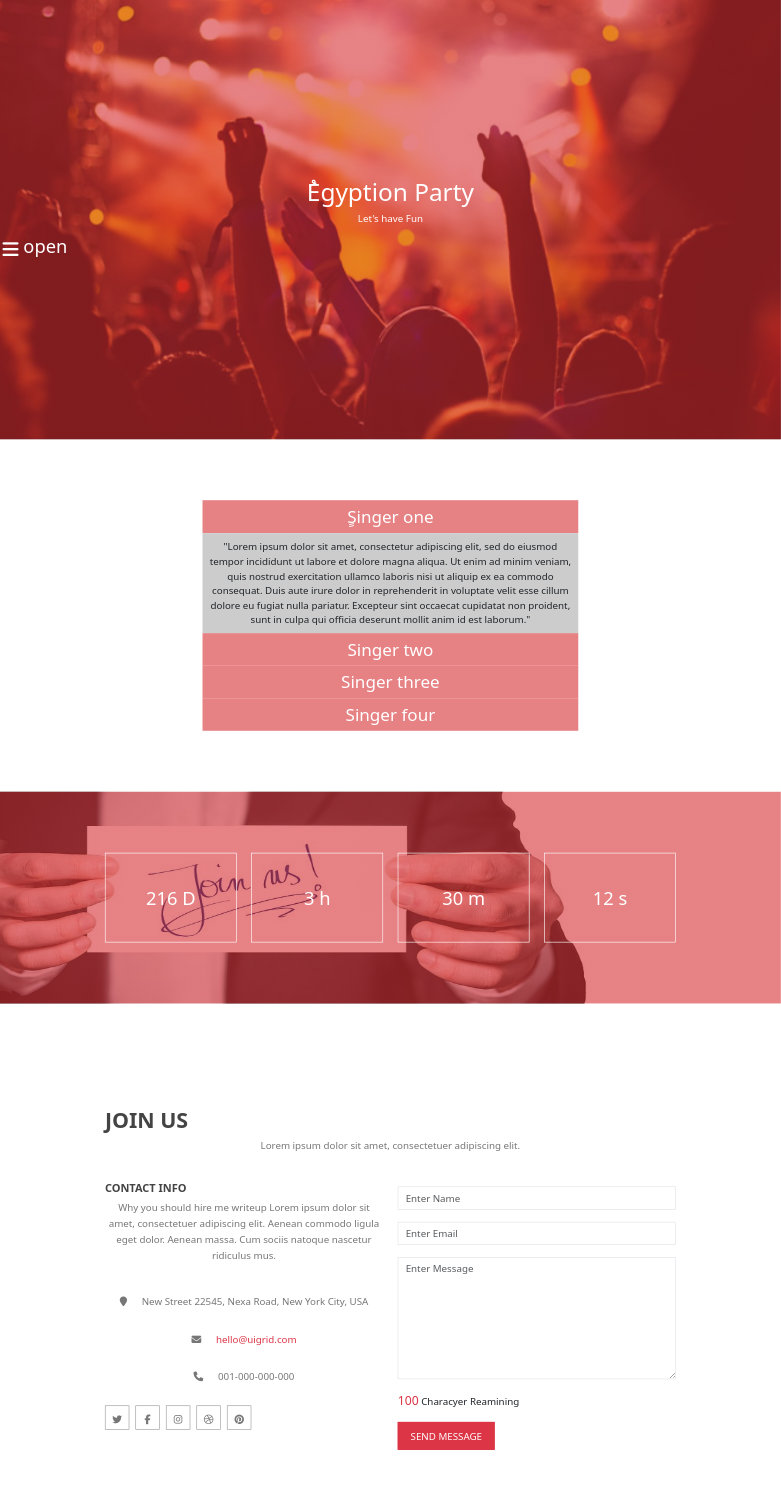
Repository: HagarYousry/jQuery
Page: index.html
The author's editor kept a copy of each file at every save. The page is drawn from the files as they stood at one save, then again after the next save.
The browser window is 1280 px wide. The pictures show the whole page, at 61% of full size.

Above is the page before, as saved 2024-07-25 21:12:14.

After the next save:
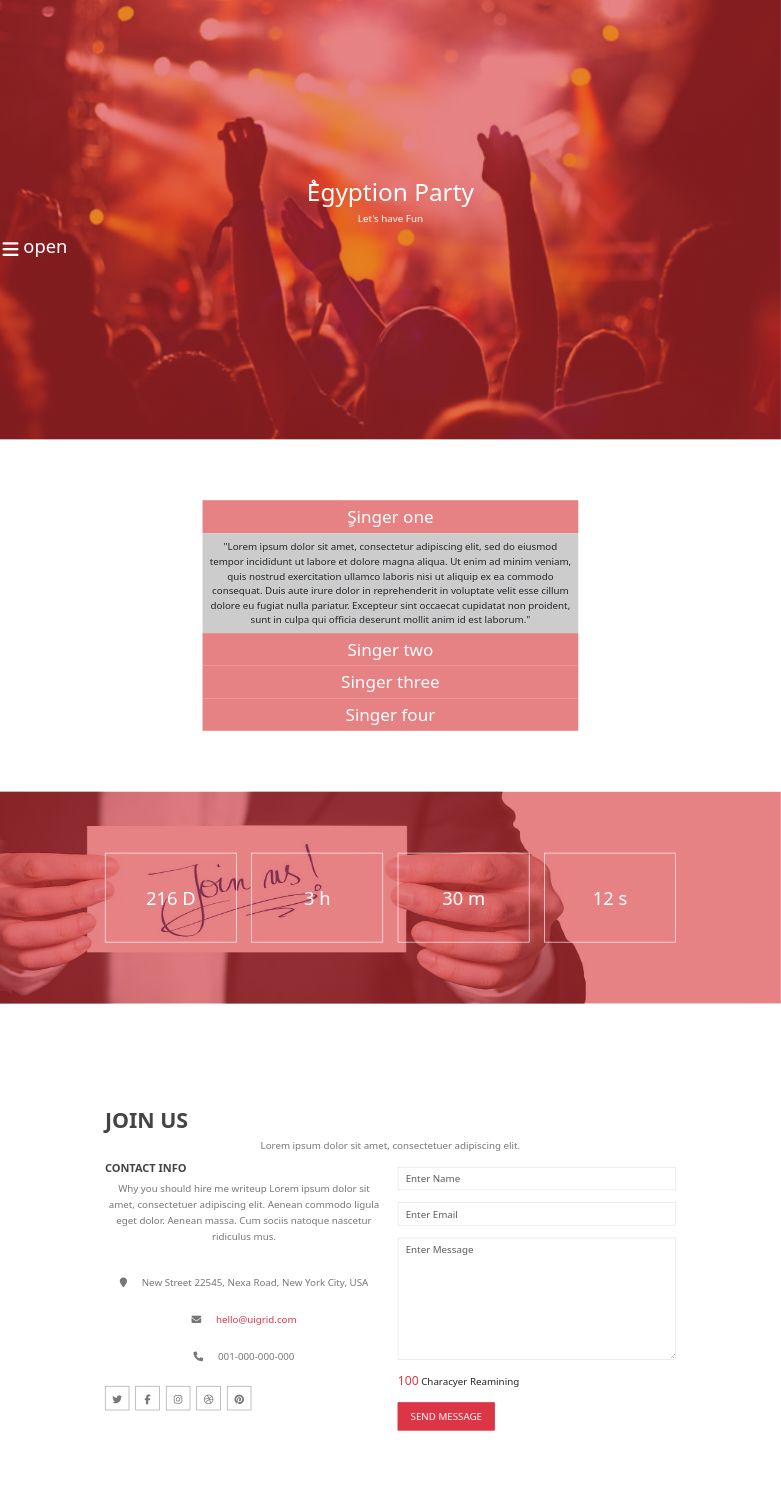
Saved 62 s later.
--- a/index.html
+++ b/index.html
@@ -152,7 +152,7 @@
                 <h2 class="text-uppercase">Join Us</h2>
                 <p class="text-center">Lorem ipsum dolor sit amet, consectetuer adipiscing elit.</p>
             </div>
-            <div class="row mt-5">
+            <div class="row mt-3">
                 <div class="col-md-6">
                     <div class="col-info">
                         <h3 class="text-uppercase">CONTACT INFO</h3>
